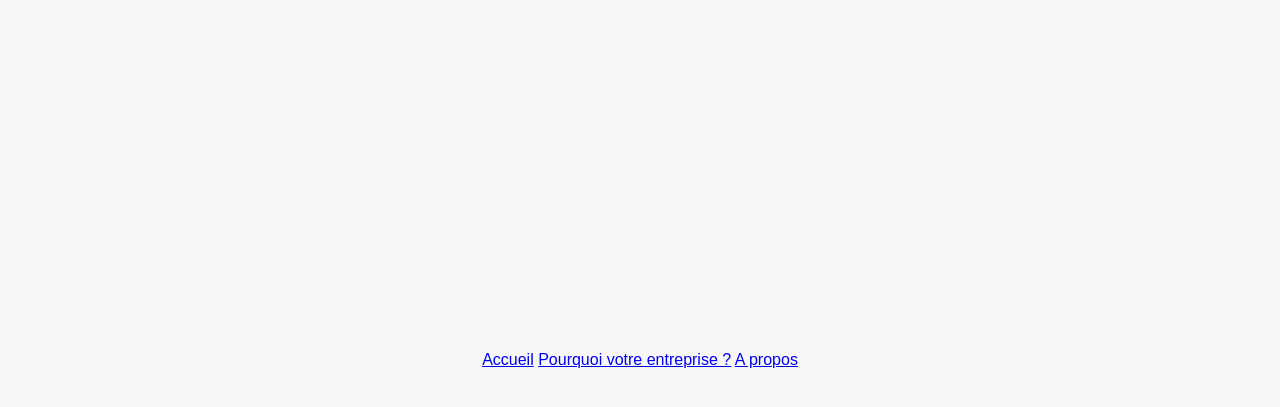
Repository: inessben/application
Page: about/about.html
These files come from the project's save history. The page is drawn as it stood at one moment and after the next save; the edit follows.
The browser window is 1280 px wide. The pictures show the whole page.

Above is the page before, as saved 2023-12-03 21:07:44.

### about/about.html
<!DOCTYPE html>
<html lang="en">
<head>
    <meta charset="UTF-8">
    <meta name="viewport" content="width=device-width, initial-scale=1.0">
    <!-- generate the icon -->
    <link rel="apple-touch-icon" sizes="180x180" href="/favicon/apple-touch-icon.png">
    <link rel="icon" type="image/png" sizes="32x32" href="/favicon/favicon-32x32.png">
    <link rel="icon" type="image/png" sizes="16x16" href="/favicon/favicon-16x16.png">
    <link rel="manifest" href="/favicon/site.webmanifest">
    <link rel="mask-icon" href="/favicon/safari-pinned-tab.svg" color="#5bbad5">
    <meta name="msapplication-TileColor" content="#da532c">
    <!--  -->
    <meta name="theme-color" content="#333333">
    <title>#slowlyApplication</title>
    <link rel="stylesheet" href="about.css">
</head>
<body>
    <section id="nav-header">
        <header class="nav-links">
            <a href="./index.html" class="link">Accueil</a>
            <a href="./company/company.html" class="link">Pourquoi votre entreprise ?</a>
            <a href="./about/about.html" class="link">A propos</a>
        </header>
    </section>
</body>
</html>

### about/about.css
html {
    scroll-behavior: smooth;
    }

    body {
        font-family: 'Arial', sans-serif;
        margin: 0;
        padding: 0;
        display: flex;
        align-items: center;
        justify-content: center;
        height: 100vh;
        background-color: #f8f8f8;
        }

        #creative-section {
        text-align: center;
        max-width: 600px;
        }

        #heart-animation {
        animation: heartbeat 1.5s infinite;
        }

        #stylistic-connection-animation {
        animation: styleConnection 2s infinite alternate;
        }

        #fashionably-late-animation {
        animation: fashionablyLate 1s infinite alternate;
        }

        #pixel-perfect-animation {
        animation: pixelPerfect 1.5s infinite alternate;
        }

        #future-fashionista-animation {
        animation: futureFashionista 2s infinite alternate;
        }

        @keyframes heartbeat {
        0%, 100% {
        transform: scale(1);
        }
        50% {
        transform: scale(1.1);
        }
        }

        @keyframes styleConnection {
        0% {
        transform: translateY(0);
        }
        100% {
        transform: translateY(-10px);
        }
        }

        @keyframes fashionablyLate {
        0% {
        transform: translateX(0);
        }
        100% {
        transform: translateX(5px);
        }
        }

        @keyframes pixelPerfect {
        0% {
        transform: scaleX(1);
        }
        100% {
        transform: scaleX(1.1);
        }
        }

        @keyframes futureFashionista {
        0% {
        opacity: 0.8;
        }
        100% {
        opacity: 1;
        }
        }

        footer{
            display: flex;
            align-items: center;
            justify-content: center;
        }

After the next save:
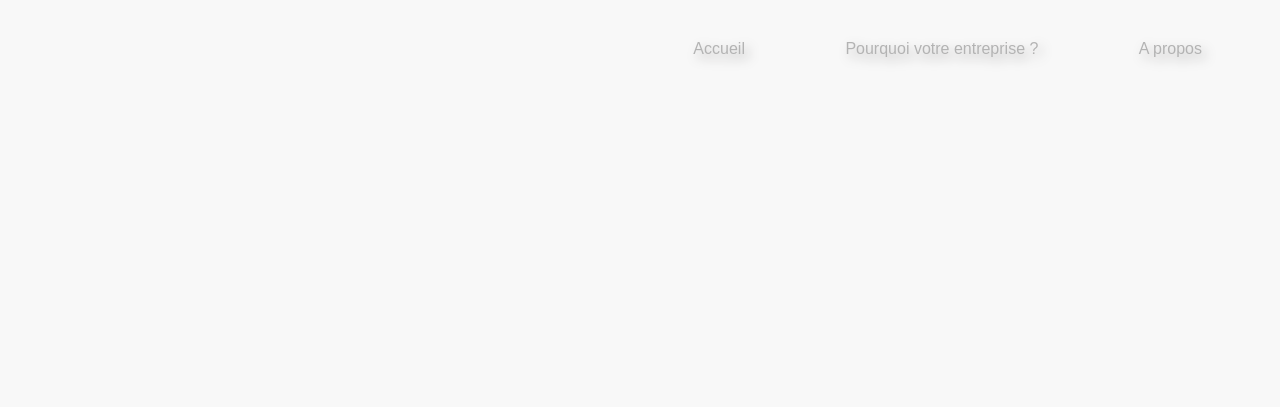
Saved 35 s later.
--- a/about/about.css
+++ b/about/about.css
@@ -11,6 +11,27 @@ html {
         justify-content: center;
         height: 100vh;
         background-color: #f8f8f8;
+        }
+
+        #nav-header {
+            position: absolute;
+            top: 30px;
+            right: 20px;
+            font-size: 16px;
+            font-weight: 500;
+            padding: 10px;
+        }
+
+        .link {
+            filter: drop-shadow(4px 5px 6px #b2b1b1);
+            padding: 8px;
+            text-decoration: none;
+            color: #b3b3b3;
+            margin: auto 40px;
+        }
+
+        .link:hover {
+            opacity: 0.7;
         }
 
         #creative-section {
